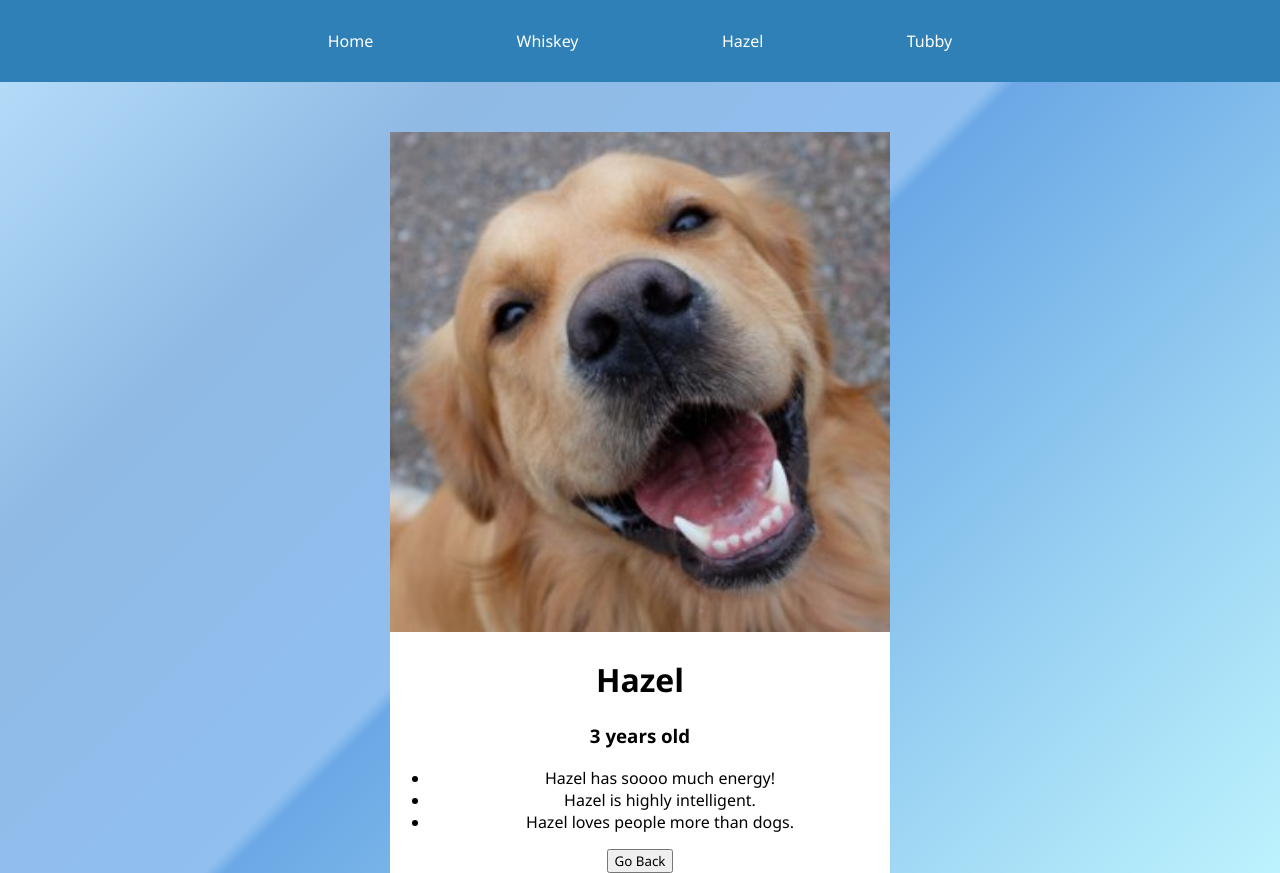
Repository: johnmutina/dog-finder
Page: /dogs/Hazel
The author's editor kept a copy of each file at every save. The page is drawn from the files as they stood at one save, then again after the next save.
The browser window is 1280 px wide. The pictures show the whole page.
The project was rebuilt for these pictures with package versions that can differ from the ones it lists, and the page was loaded fresh each time. Also part of the build but not shown: src/DogFinder.css, src/DogFinder.js.

Above is the page before, as saved 2019-07-28 15:35:17.

After the next save:
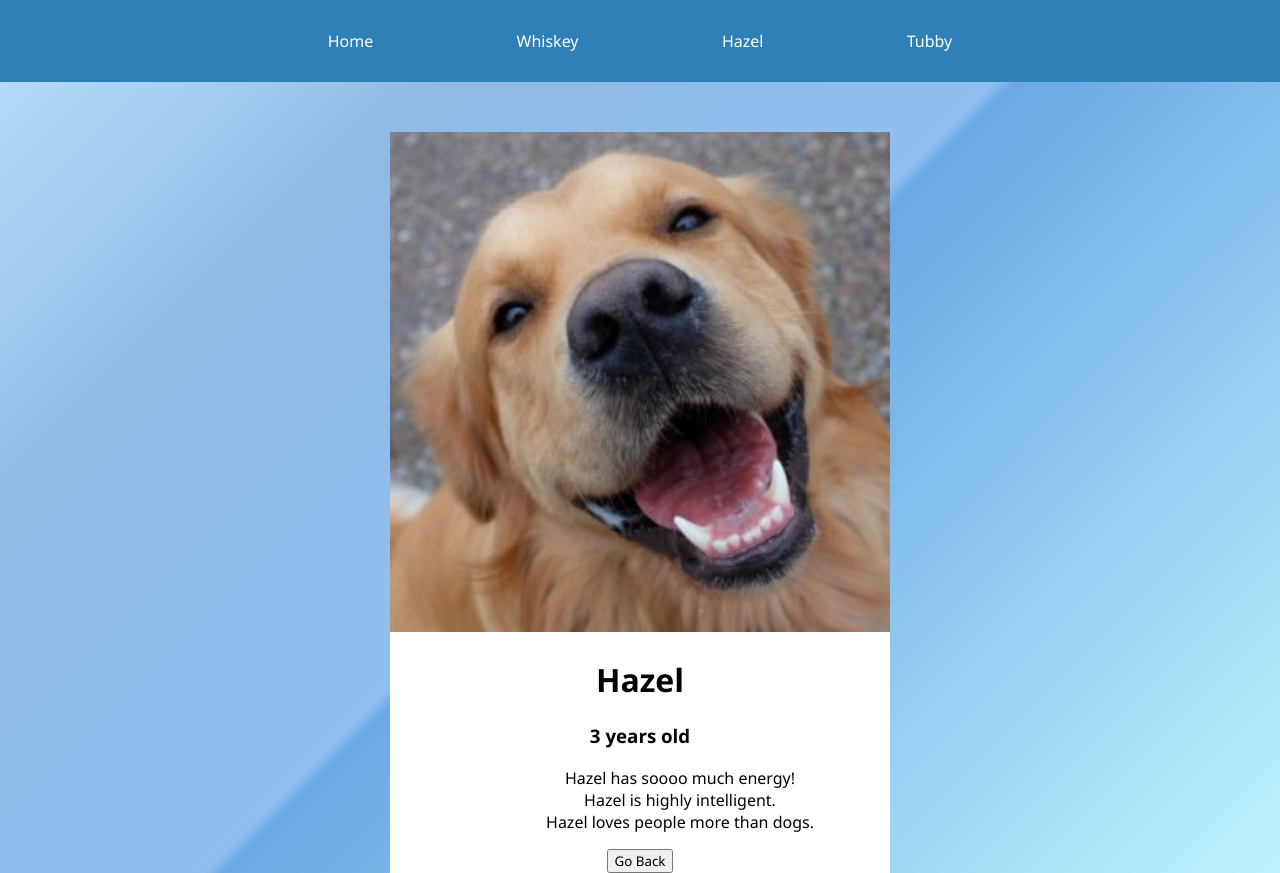
Saved 25 s later.
--- a/src/Dog.css
+++ b/src/Dog.css
@@ -8,3 +8,8 @@
 .Dog img {
   width: 100%;
 }
+
+.Dog ul {
+  list-style: none;
+  width: 100%;
+}
